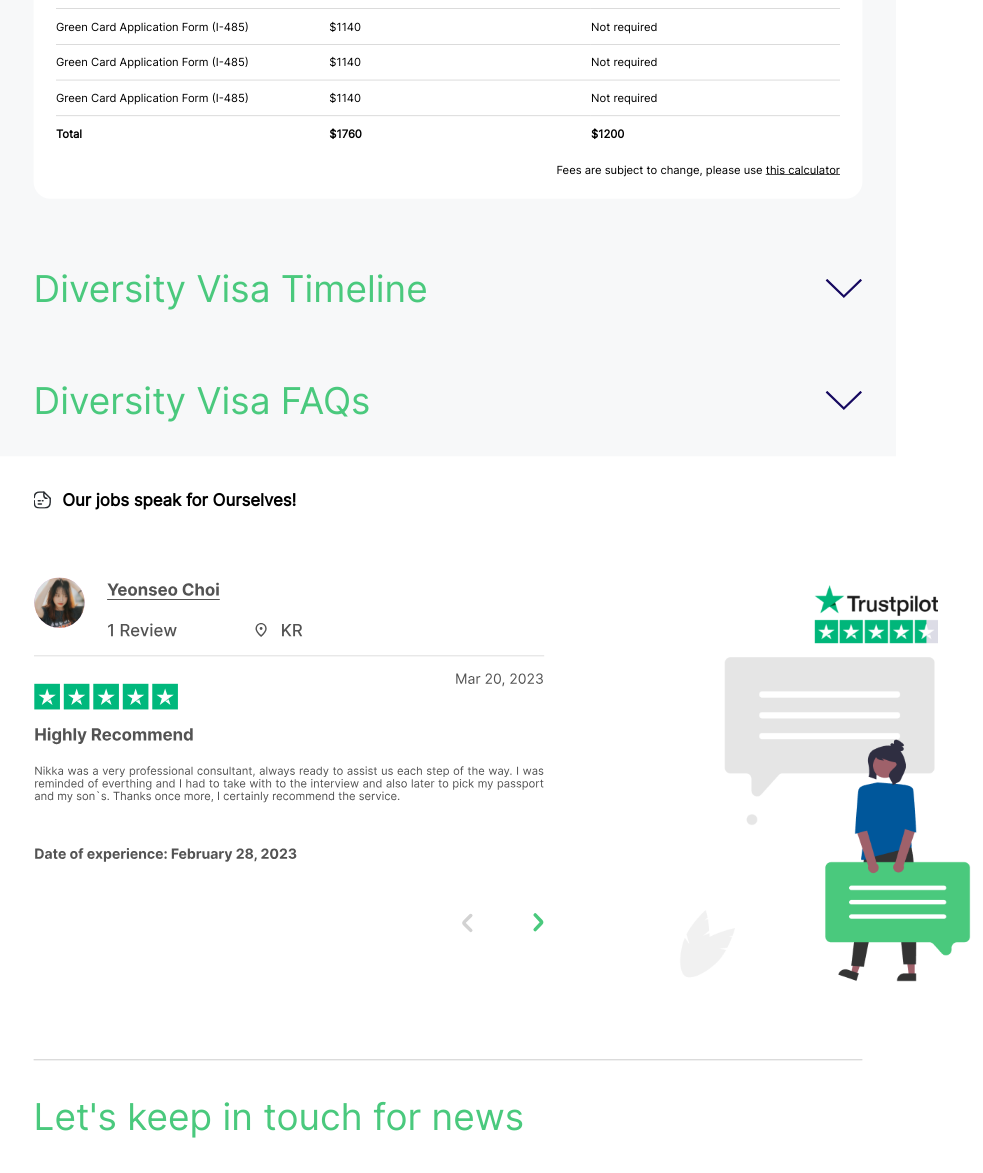
Repository: switch247/small_ui
Page: /
These files come from the project's save history. The page is drawn as it stood at one moment and after the next save; the edit follows.
The browser window is 1280 px wide. The page is 1404 px wide, so the pictures cover 1404 px, including what lies to the right of the window. The pictures show the part of the page from y = 1687 to 3407 px (the page is 3362 px tall before and 3407 px after), at 70% of full size.
The project was rebuilt for these pictures with package versions that can differ from the ones it lists, and the page was loaded fresh each time.

Above is the page before, as saved 2023-10-12 18:08:01.

### src/index.css
@font-face {
  font-family: Inter;
  src: url("./assets/fonts/Inter-Regular.ttf");
}

body {
  margin: 0;
  font-family: Inter;
}

code {
  font-family: source-code-pro, Menlo, Monaco, Consolas, "Courier New",
    monospace;
}

:root {
  --Verde: #4ac97d;
  --Dark_Blue: #1f3655;
  --Darker_Blue: #011527;
  --Cinza_Cairo: #e8e7e7;
  --Cinza_Cairo_2: #cdcbcb;
  --Azul_Escuro: #01264a;
  --Orange: #fd806b;
}

### src/App.tsx
import React from "react";
import "./App.css";
import Home from "./components/Home";
import TableView from "./components/Table";
import Description from "./components/Description";
import Testmonials from "./components/Testmonials";
import Contact from "./components/Contact";

function App() {
  return (
    <div className="App">
      <Home />
      <Description />
      <Testmonials />
      <Contact />
    </div>
  );
}

export default App;

### src/App.css
html {
  position: relative;
}

.App {
  height: 100%;
}

### src/components/Home.tsx
import React from "react";
import BorderdButton from "../elements/BorderdButton";
import "../css/components/Home.css";
import GreenCard from "./GreenCard";
import NumberCard from "../elements/NumberCard";

const Home = () => {
  return (
    <>
      <div className="app__background"></div>
      <main className="main">
        <header className="app__header">
          <img className="gov_assist_logo" src="/images/Govassist.png" alt="" />
          <BorderdButton text="Live Chat" color="white" />
        </header>
        <div className="main__container">
          <div className="main__left__contianer">
            <div className="main__left__title">
              Win the right to live{" "}
              <span style={{ color: "white" }}>
                {" "}
                <br /> in the USA!
              </span>
            </div>
            <div className="main__left__small_container">
              <div className="edge"></div>
              <div className="main__left__desc">
                The official deadline <br />
                is running, so hurry <br />
                up and{" "}
                <span
                  style={{ textDecoration: "underline", cursor: "pointer" }}
                >
                  apply here!
                </span>
              </div>
              <div className="number__list__container">
                <div>
                  <NumberCard number={27} desc="DAYS" />
                </div>
                <div>
                  <NumberCard number={24} desc="HOURS" />
                </div>
                <div>
                  <NumberCard number={60} desc="MINUTES" />
                </div>
                <div>
                  <NumberCard number={27} desc="SECONDS" />
                </div>
              </div>
            </div>
            <div className="main__left__lists">
              <div className="list">
                <img
                  className="list__img"
                  src="/images/🦆 icon _people_.svg"
                  alt=""
                />
                <div className="list__desc">
                  50,000 people and their families will Live, Work and Study in
                  USA.
                </div>
              </div>
              <div className="list">
                <img
                  className="list__img"
                  src="/images/🦆 icon _medal star_.svg"
                  alt=""
                />
                <div className="list__desc">
                  OFFICIAL USA Governmental program.
                </div>
              </div>
              <div className="list">
                <img
                  className="list__img"
                  src="/images/🦆 icon _wallet check_.svg"
                  alt=""
                />
                <div className="list__desc">
                  Your chance to LIVE, WORK & STUDY in USA.
                </div>
              </div>
              <div className="list">
                <img
                  className="list__img"
                  src="/images/🦆 icon _clock_.svg"
                  alt=""
                />
                <div className="list__desc">
                  Simple registration within 5 minutes.
                </div>
              </div>
              <div className="list">
                <img
                  className="list__img"
                  src="/images/🦆 icon _message_.svg"
                  alt=""
                />
                <div className="list__desc">
                  Personal support in every step.
                </div>
              </div>
              <div className="list">
                <img
                  className="list__img"
                  src="/images/🦆 icon _lovely_.svg"
                  alt=""
                />
                <div className="list__desc">
                  Double chance for married people to win the Green Card.
                </div>
              </div>
            </div>
          </div>
          <div className="main__right__contianer">
            <GreenCard />
          </div>
        </div>
      </main>
    </>
  );
};

export default Home;

### src/components/Description.tsx
import { useState } from "react";
import TableView from "./Table";
import "../css/components/Description.css";

const Description = () => {
  const [dropDownState, setDropDownState] = useState(true);
  let img_src = dropDownState ? "/images/up.svg" : "/images/down.svg";
  return (
    <div className="description__container">
      <div className="description__title_img">
        <img src="/images/🦆 icon _document text_.svg" alt="" />
        <div className="description__title">Find the right visa for you!</div>
      </div>
      <div className="description__dropdowns">
        <div className="dropdown">
          <div
            className="dropdown__clickable"
            onClick={() => {
              setDropDownState((dropDownState) => !dropDownState);
            }}
          >
            <div className="dropdown__title">Diversity Visa Cost</div>
            <img className="dropdown__img" src={img_src} alt="" />
          </div>
          {dropDownState ? <TableView /> : null}
        </div>
        <div className="dropdown">
          <div className="dropdown__clickable">
            <div className="dropdown__title">Diversity Visa Timeline</div>
            <img className="dropdown__img" src={"/images/down.svg"} alt="" />
          </div>
        </div>
        <div className="dropdown">
          <div className="dropdown__clickable">
            <div className="dropdown__title">Diversity Visa FAQs</div>
            <img className="dropdown__img" src={"/images/down.svg"} alt="" />
          </div>
        </div>
      </div>
    </div>
  );
};

export default Description;

### src/components/Testmonials.tsx
import { useState } from "react";
import "../css/components/Testmonials.css";

const Testmonials = () => {
  return (
    <div className="testmonial__container">
      <div className="testmonial__title_img">
        <img src="/images/🦆 icon _document text_.svg" alt="" />
        <div className="testmonial__title">Our jobs speak for Ourselves!</div>
      </div>
      <div className="testmonial__main__container">
        <div className="testmonial_left">
          <img src="/images/Trustpilot1.svg" alt="" />
        </div>
        <div className="testmonial_right">
          <div className="truesP">
            <img src="/images/TrustP.png" alt="" />
          </div>
          <div className="girl__image">
            <img src="/images/undraw_personal_opinions_re_qw29 1.png" alt="" />
          </div>
        </div>
      </div>

      <div className="boder__bottom"></div>
    </div>
  );
};

export default Testmonials;

### src/components/Contact.tsx
import React from "react";
import "../css/components/Contact.css";

const Contact = () => {
  return (
    <div className="contacts__container">
      <div className="contact__title">Let's keep in touch for news</div>
    </div>
  );
};

export default Contact;

### src/elements/BorderdButton.tsx
import React from "react";
import "../css/elements/elements.css";

interface Props {
  borderColor?: string;
  text: string;
  color?: string;
  fontSize?: number;
}
const BorderdButton: React.FC<Props> = ({
  text,
  color,
  borderColor,
  fontSize,
}) => {
  return (
    <button
      className="borderd__button"
      style={{ color: color, borderColor: borderColor, fontSize: fontSize }}
    >
      {text}
    </button>
  );
};

export default BorderdButton;

### src/css/components/Home.css
html {
  position: relative;
  font-family: Inter;
}

.App {
  height: 100%;
}

.app__background {
  position: absolute;
  top: 0;
  left: 0;
  z-index: -9;
  background: url("../../../public/images/background.gif");
  background-repeat: no-repeat;
  background-size: cover;
  background-clip: border-box;
  width: 100%;
  height: 100vh;
}

.app__header {
  display: flex;
  background-color: var(--Dark_Blue);
  justify-content: space-between;
  align-items: center;
  padding: 0.5rem 2rem;
  margin: 2rem 3rem;
  border-top-right-radius: 0.7rem;
  border-bottom-right-radius: 0.7rem;
  border-top-left-radius: 0.7rem;
  border-bottom-left-radius: 0.7rem;
}
.gov_assist_logo {
  width: 10rem;
  aspect-ratio: 2/1;
}

.main__container {
  /* width: 100%; */
  display: flex;
  /* gap: 2rem; */
  margin: 3rem;
  justify-content: space-between;
}

.main__left__contianer {
  display: flex;
  flex-direction: column;
  gap: 2rem;
  flex: 1;
}
.main__left__title {
  font-size: 4rem;
  font-style: normal;
  font-weight: 700;
  color: var(--Verde);
}
.main__left__small_container {
  display: flex;
  justify-content: flex-start;
  align-items: center;
  gap: 1rem;
}
.edge {
  width: 5px;
  height: 4.5rem;
  background-color: #d9d9d9;
}
.number__list__container {
  display: flex;
  gap: 0.5rem;
}
.main__left__desc {
  font-size: 1.5rem;
  font-weight: 500;
  color: white;
}
.main__left__lists {
  display: flex;
  flex-direction: column;
  gap: 1rem;
}
.list {
  display: flex;
  gap: 1rem;
}
.list__img {
  width: 1.4rem;
  aspect-ratio: 1/1;
}
.list__desc {
  color: white;
}
.main__right__contianer {
  flex: 1;
  display: flex;
  justify-content: flex-end;
}

### src/components/GreenCard.tsx
import CustomInput from "../elements/CustomInput";
import "../css/components/GreenCard.css";
import CurvedButton from "../elements/CurvedButton";

const GreenCard = () => {
  return (
    <div className="card__container">
      <div className="small__title">
        <img className="arrow_image" src="/images/right_arrow.svg" alt="" />
        <div className="small_title_1">Check now for free</div>
      </div>
      <div className="main__title">Green card eligibility</div>
      <div className="card__name">
        <CustomInput placeholder="First Name" />
        <CustomInput placeholder="Last Name" />
      </div>
      <div className="card__email">
        <CustomInput placeholder="Email Address" />
        <CustomInput placeholder="Your email" />
      </div>
      <div className="card__country">
        <CustomInput placeholder="Your country of birth" />
      </div>

      <div className="card__marital">
        <CustomInput placeholder="Marital status" />
      </div>
      <div className="card_check">
        <input className="checkbox" type="checkbox" />
        <div>Yes, I finished high school OR I have qualifying training.</div>
      </div>
      <div className="card__continue">
        <CurvedButton
          text="Continue"
          color="white"
          backgroundColor="##4AC97D"
          fontSize={20}
        />
      </div>
    </div>
  );
};

export default GreenCard;

### src/elements/NumberCard.tsx
import React from "react";

interface Props {
  number: number;
  desc: string;
}
const NumberCard: React.FC<Props> = ({ number, desc }) => {
  return (
    <div className="number__container">
      <div className="number">{number}</div>
      <div className="desc">{desc}</div>
    </div>
  );
};

export default NumberCard;

### src/components/Table.tsx
import React from "react";
import "../css/components/Table.css";
import CurvedButton from "../elements/CurvedButton";

interface Props {}

const TableView: React.FC<Props> = () => {
  return (
    <div className="tableview__container">
      <div className="tableview__header">
        <div className="left__coint"></div>
        <div className="tableview__title">
          Mandatory Government Fees for Green Cards
        </div>
        <div className="tableview__curved__btn">
          <CurvedButton
            text="Apply now"
            color="white"
            backgroundColor="#fd806b"
            fontSize={24}
          />
        </div>
      </div>
      <table>
        <thead>
          <tr>
            <th>Fee Type</th>
            <th>Cost (to Applicat Living in the U.S.)</th>
            <th>Cost (to Applicant Living Abroad)</th>
          </tr>
        </thead>
        <tbody>
          <tr>
            <td>Family Sponsorship Form (I-130)</td>
            <td>$535</td>
            <td>$535</td>
          </tr>
          <tr>
            <td>Green Card Application Form (I-485)</td>
            <td>$1140</td>
            <td>Not required</td>
          </tr>
          <tr>
            <td>Green Card Application Form (I-485)</td>
            <td>$1140</td>
            <td>Not required</td>
          </tr>
          <tr>
            <td>Green Card Application Form (I-485)</td>
            <td>$1140</td>
            <td>Not required</td>
          </tr>
          <tr>
            <td>Green Card Application Form (I-485)</td>
            <td>$1140</td>
            <td>Not required</td>
          </tr>
          <tr>
            <td>Green Card Application Form (I-485)</td>
            <td>$1140</td>
            <td>Not required</td>
          </tr>
          <tr>
            <td>Green Card Application Form (I-485)</td>
            <td>$1140</td>
            <td>Not required</td>
          </tr>
          <tr>
            <td>Green Card Application Form (I-485)</td>
            <td>$1140</td>
            <td>Not required</td>
          </tr>
          <tr>
            <td className="footer">Total</td>
            <td className="footer">$1760</td>
            <td className="footer">$1200</td>
          </tr>
        </tbody>
      </table>
      <div className="table__footer__note">
        Fees are subject to change, please use{" "}
        <span style={{ textDecoration: "underline", cursor: "pointer" }}>
          this calculator
        </span>
      </div>
    </div>
  );
};

export default TableView;

### src/css/components/Description.css
.description__container {
  background-color: #f7f8f9;
}
.dropdown__img {
  width: 3.3rem;
}
.dropdown__title {
  font-size: 3.3rem;
  color: #4ac97d;
}
.dropdown__clickable {
  display: flex;
  align-items: center;
  justify-content: space-between;
  padding: 3rem;
}

.description__title_img {
  display: flex;
  align-items: center;
  justify-content: start;
  gap: 1rem;
  padding: 3rem;
  font-weight: 700;
  font-size: 1.5rem;
}

### src/css/components/Testmonials.css
.testmonial__title_img {
  display: flex;
  align-items: center;
  justify-content: start;
  gap: 1rem;
  padding: 3rem;
  font-weight: 700;
  font-size: 1.5rem;
}
.testmonial__main__container {
  display: flex;
  justify-content: space-between;
  padding: 3rem;
}
.testmonial_right {
  display: flex;
  flex-direction: column;
  align-items: flex-end;
  justify-content: center;
}
.truesP {
  margin-bottom: 1rem;
  padding-right: 4rem;
}
.girl__image {
}

.boder__bottom {
  /* width: 100%; */
  height: 2px;
  background-color: #dbdbdb;
  margin: 3rem;
}

### src/css/components/Contact.css
.contacts__container {
  margin: 3rem;
}
.contact__title {
  font-size: 3.3rem;
  color: #4ac97d;
}

### src/css/elements/elements.css
.curved__button {
  background-color: var(--Verde);
  outline: none;
  border: none;
  border-top-right-radius: 0.7rem;
  border-bottom-right-radius: 0.7rem;
  border-top-left-radius: 0.7rem;
  border-bottom-left-radius: 0.7rem;
  padding: 0.5rem 1rem;
  transition: all 200ms linear;
  cursor: pointer;
  flex: 1;
}

.curved__button:hover {
  background-color: var(--Verde);
}

.borderd__button {
  outline: none;
  border: 2px solid var(--Cinza_Cairo);
  border-top-right-radius: 0.3rem;
  border-bottom-right-radius: 0.3rem;
  border-top-left-radius: 0.3rem;
  border-bottom-left-radius: 0.3rem;
  padding: 0.7rem 1.2rem;
  transition: all 200ms linear;
  cursor: pointer;
  background-color: rgba(255, 255, 255, 0);
}

.custom_input {
  border: none;
  border-top-right-radius: 0.5rem;
  border-bottom-right-radius: 0.5rem;
  border-top-left-radius: 0.5rem;
  border-bottom-left-radius: 0.5rem;
  font-style: italic;
  padding: 0.7rem 0.7rem;
  background-color: var(--Cinza_Cairo);
  flex: 1;
  font-size: 1.2rem;
}
.custom_input:focus {
  outline: none;
}

.custom_input::placeholder {
  font-style: italic;
  color: var(--Cinza_Cairo_2);
  font-weight: 200;
  font-family: Inter;
}

.number__container {
  width: fit-content;
  display: flex;
  flex-direction: column;
  align-items: center;
  padding: 0.5rem 1rem;
  border-top-right-radius: 0.7rem;
  border-bottom-right-radius: 0.7rem;
  border-top-left-radius: 0.7rem;
  border-bottom-left-radius: 0.7rem;
  background-color: #080f1a;
}
.number {
  font-size: 2rem;
  font-weight: 800;
  color: white;
}
.desc {
  font-size: 0.7rem;
  font-weight: 300;
  color: #a5deff;
}

### src/elements/CustomInput.tsx
import React from "react";
import "../css/elements/elements.css";

interface Props {
  placeholder?: string;
  color?: string;
  placholderColor?: string;
  fontSize?: number;
}
const CustomInput: React.FC<Props> = ({
  color,
  placeholder,
  placholderColor,
}) => {
  return (
    <input
      className="custom_input"
      type="text"
      placeholder={placeholder}
      color={color}
    />
  );
};

export default CustomInput;

### src/css/components/GreenCard.css
.card__container {
  /* width: 40%; */
  width: fit-content;
  background-color: white;
  padding: 2.2rem;
  display: flex;
  flex-direction: column;
  align-items: center;
  justify-content: center;
  gap: 1.5rem;
  border-radius: 50px;
}
.small__title {
  display: flex;
  align-self: start;
  align-items: center;
  gap: 1rem;
  color: var(--Verde);
  font-weight: 600;
  font-size: 1.2rem;
}
.arrow_image {
  width: 1.4rem;
  aspect-ratio: 1/1;
}
.small_title_1 {
}
.checkbox {
  border: 4px solid black;
  border-radius: 4px;
}
.main__title {
  font-size: 48px;
  font-weight: 700;
}
.card__name {
  display: flex;
  width: 100%;
  gap: 0.5rem;
  justify-content: space-between;
}
.card__email {
  display: flex;
  width: 100%;
  gap: 0.5rem;
  justify-content: space-between;
}
.card__country {
  width: 100%;
  display: flex;
}

.card__marital {
  width: 100%;
  display: flex;
}

.card_check {
  align-self: flex-start;
  display: flex;
  gap: 1rem;
}
.card__continue {
  width: 100%;
  display: flex;
}

### src/elements/CurvedButton.tsx
import React from "react";
import "../css/elements/elements.css";

interface Props {
  backgroundColor?: string;
  text: string;
  color?: string;
  fontSize?: number;
}
const CurvedButton: React.FC<Props> = ({
  backgroundColor,
  color,
  text,
  fontSize,
}) => {
  return (
    <button
      className="curved__button"
      style={{
        backgroundColor: backgroundColor,
        color: color,
        fontSize: fontSize,
      }}
    >
      {text}
    </button>
  );
};

export default CurvedButton;

### src/css/components/Table.css
.tableview__container {
  /* width: 100%; */
  margin: 3rem;
  padding: 2rem;
  background-color: white;
  border-top-right-radius: 1.5rem;
  border-bottom-right-radius: 1.5rem;
  border-top-left-radius: 1.5rem;
  border-bottom-left-radius: 1.5rem;
}
.tableview__header {
  display: flex;
  justify-content: flex-start;
  align-items: center;
  gap: 1rem;
  margin-bottom: 3rem;
}
.tableview__title {
  flex-grow: 1;
  font-size: 1.5rem;
  font-weight: 500;
}
.tableview__curved__btn {
  align-self: flex-end;
}
.left__coint {
  width: 4px;
  height: 2rem;
  background-color: #00579b;
}
table {
  border-collapse: collapse;
  width: 100%;
}
th {
  align-self: flex-start;
}
th,
td {
  text-align: start;
}

th {
  padding: 30px 0px;
}
td {
  padding: 15px 0px;
  font-weight: 300;
}
table td {
  border-top: 1px solid #ccc;
  margin: 1rem;
}

.footer {
  /* padding: 30px 0px; */
  font-weight: bold;
}

.table__footer__note {
  text-align: end;
  font-weight: 300;
  padding-top: 1rem;
}

Loaded but not shown: public/index.html (common file); src/index.tsx (common file)

After the next save:
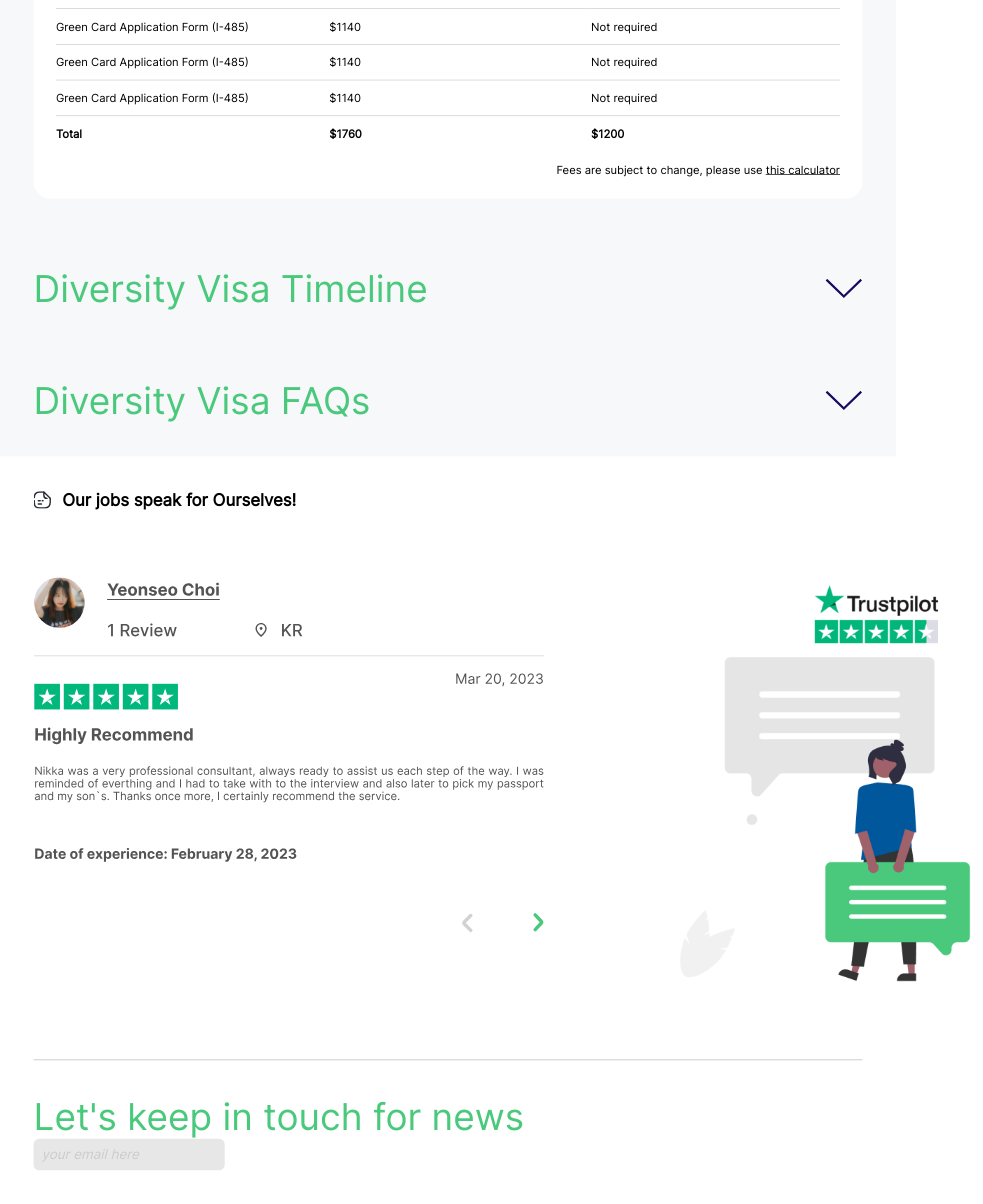
Saved 2 min 25 s later.
--- a/src/components/Contact.tsx
+++ b/src/components/Contact.tsx
@@ -1,10 +1,17 @@
 import React from "react";
 import "../css/components/Contact.css";
+import CustomInput from "../elements/CustomInput";
 
 const Contact = () => {
   return (
     <div className="contacts__container">
       <div className="contact__title">Let's keep in touch for news</div>
+      <div className="email__conatainer">
+        <div className="some__border" />
+        <div className="contact__email__input">
+          <CustomInput placeholder="your email here" />
+        </div>
+      </div>
     </div>
   );
 };
